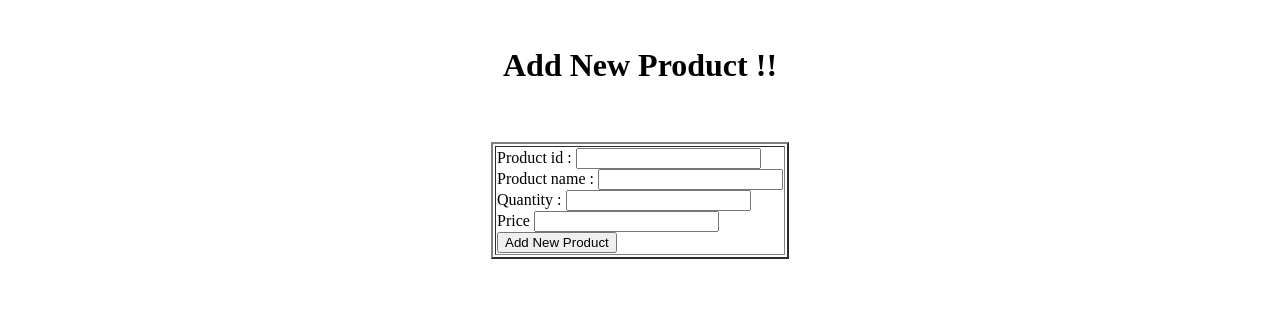
Repository: ravikumar0303/Advance-Java
Page: http://localhost/JSP_Product/addproduct.jsp
These files come from the project's save history. The page is drawn as it stood at one moment and after the next save; the edit follows.
The browser window is 1280 px wide. The pictures show the whole page.
The page is served by Tomcat 9.

Above is the page before, as saved 2023-06-27 07:21:53.

After the next save:
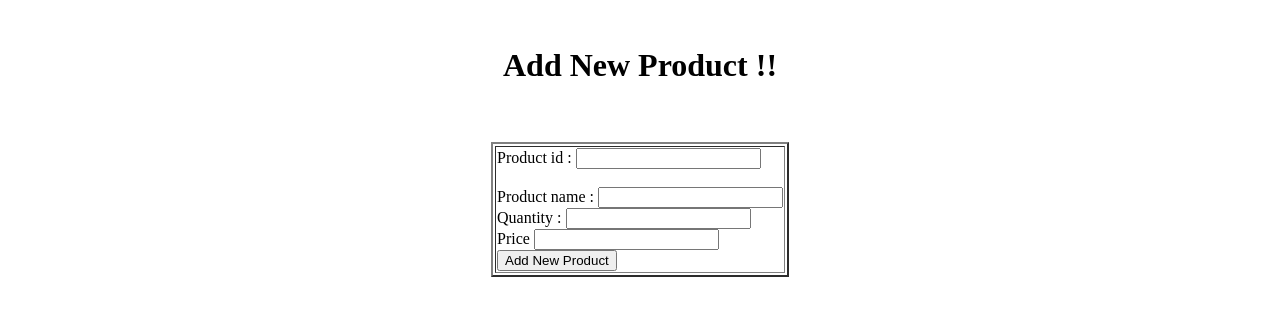
Saved 18 s later.
--- a/JSP_Product/src/main/webapp/addproduct.jsp
+++ b/JSP_Product/src/main/webapp/addproduct.jsp
@@ -14,7 +14,7 @@
 <table border="2">
 <td>
 	<form action="addproduct" method="post">
-	Product id : <input type="text" name="pid" id="pid" ><br>
+	Product id : <input type="text" name="pid" id="pid" ><br></br>
 	Product name : <input type="text" name="pname" id="pname" ><br>
 	Quantity : <input type="text" name="qty" id="qty" ><br>
 	Price <input type="text" name="price" id="price" ><br>
